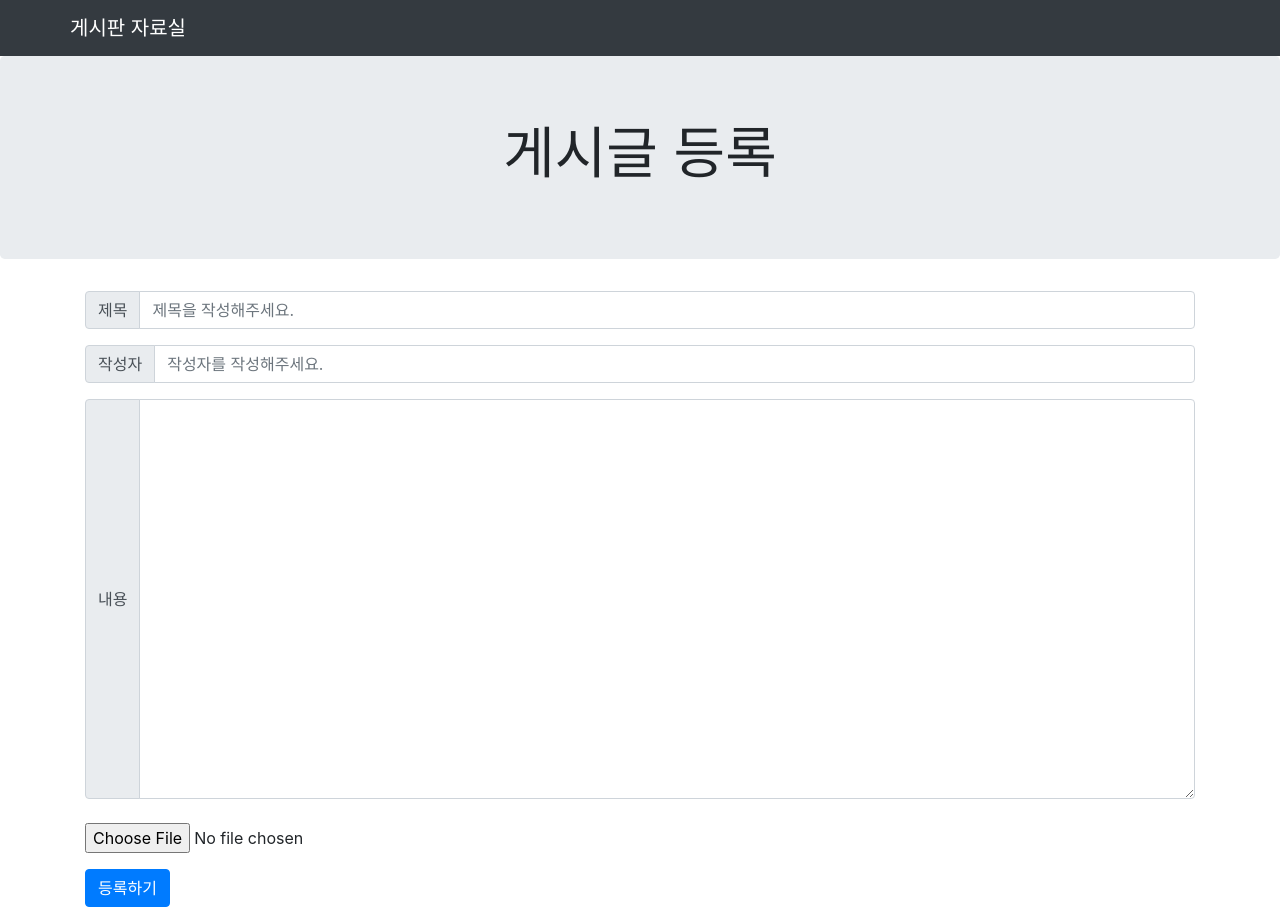
Repository: LeeKukJu/JSP-Study
Page: http://localhost/JSPBook/ch11/totaltest/boardForm.jsp
The author's editor kept a copy of each file at every save. The page is drawn from the files as they stood at one save, then again after the next save.
The browser window is 1280 px wide. The pictures show the whole page.
The page is served by Tomcat 9. Nobody is signed in. The application's start-up code is not run.

Above is the page before, as saved 2023-02-04 02:55:36.

After the next save:
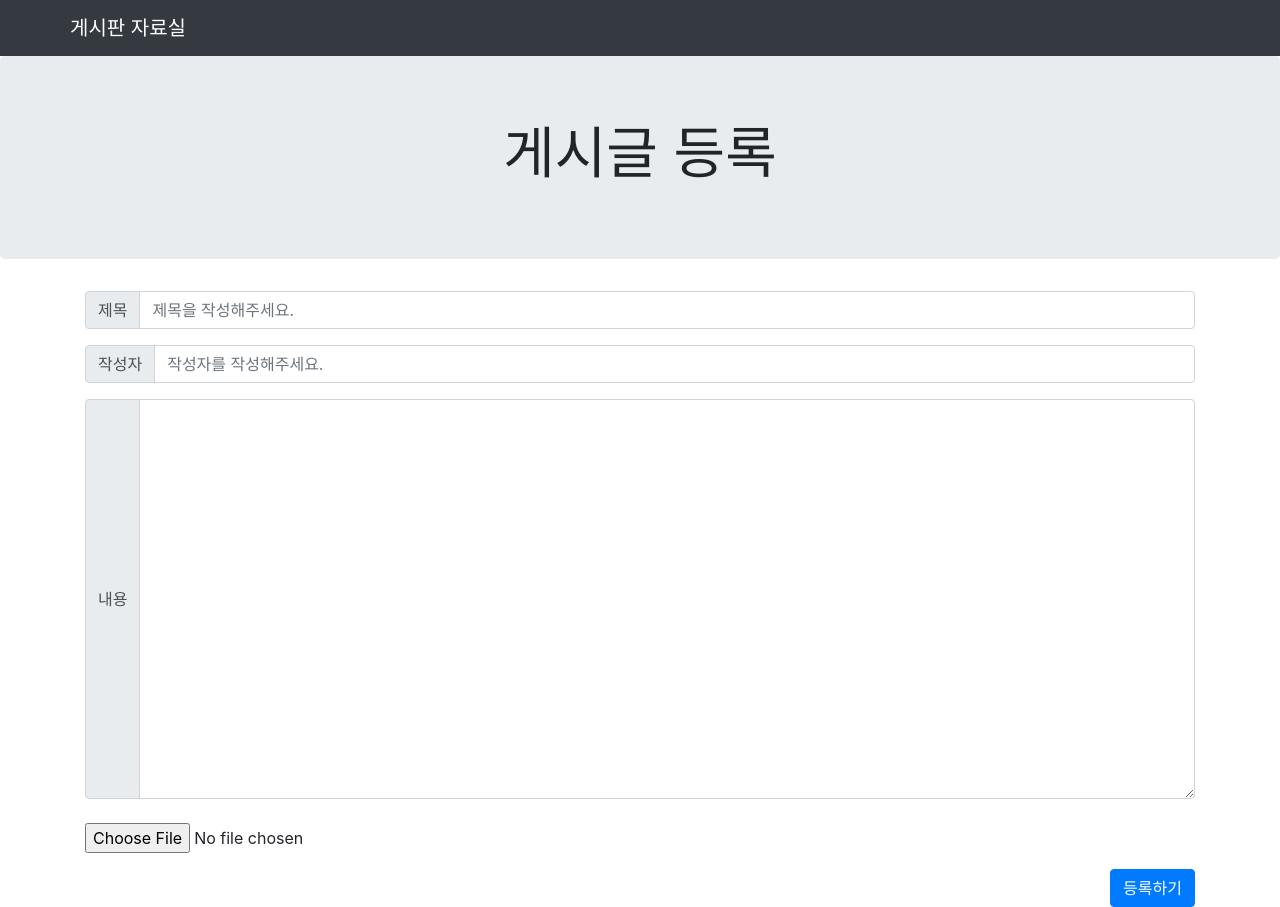
Saved 67 s later.
--- a/JSPBook/WebContent/ch11/totaltest/boardForm.jsp
+++ b/JSPBook/WebContent/ch11/totaltest/boardForm.jsp
@@ -87,7 +87,9 @@
 			</div>
 
 			<!-- 등록하기 -->
+			<div align="right">
 			<button type="button" class="btn btn-primary">등록하기</button>
+			</div>
 		</form>
 	</div>
 </body>
